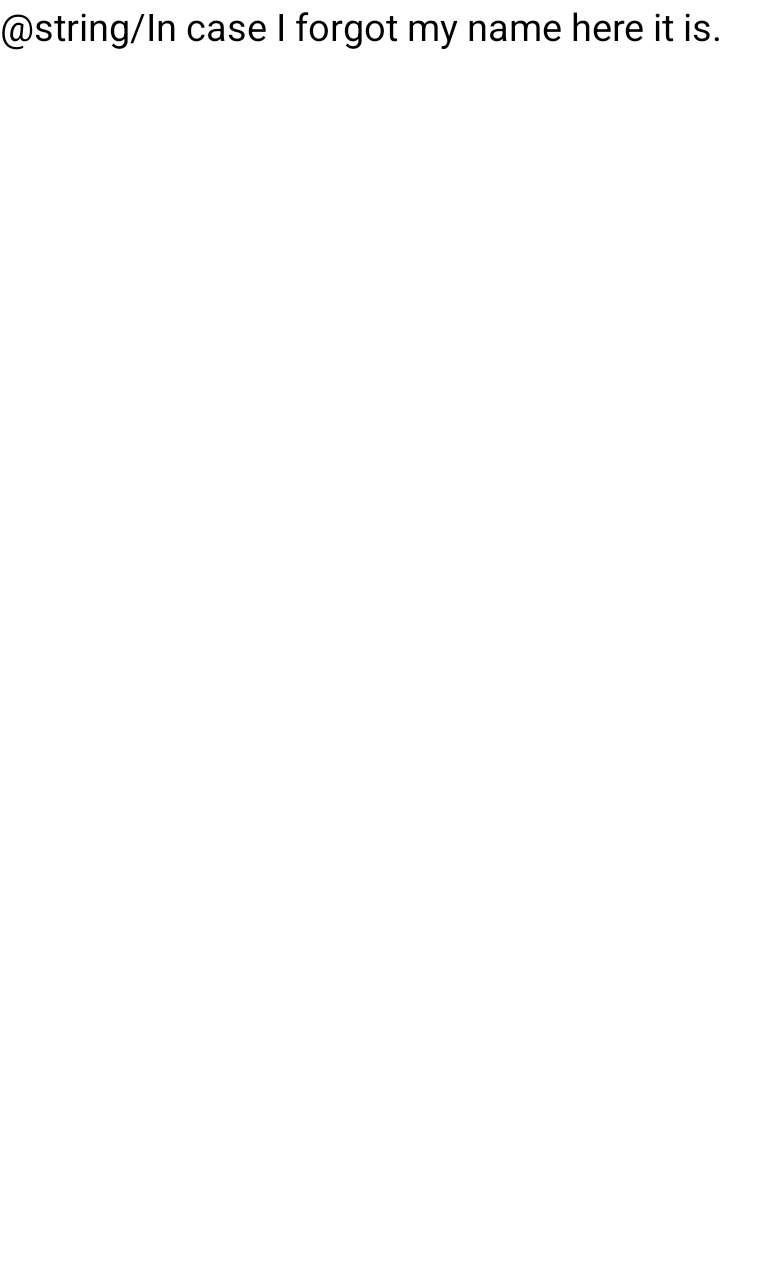
Repository: kenshiryu7/mdv-projects
Layout: Java_1/Java2_W1/res/layout/secondview.xml
The author's editor kept a copy of each file at every save. The layout is drawn from the files as they stood at one save, then again after the next save.
It is drawn on a 768 x 1280 px phone screen (xhdpi) without system bars, with theme AppTheme; the app's code is not run.

Above is the layout before, as saved 2012-11-21 04:23:19.

After the next save:
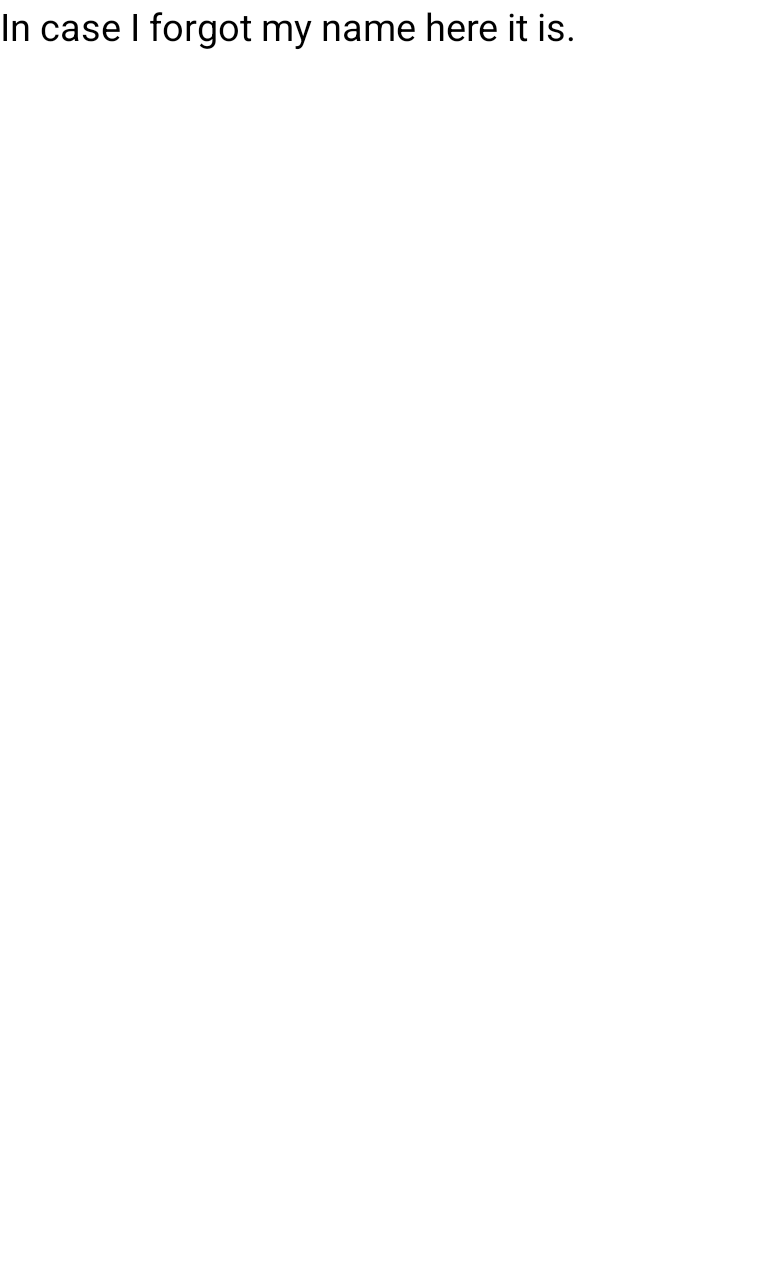
Saved 25 s later.
--- a/Java_1/Java2_W1/res/layout/secondview.xml
+++ b/Java_1/Java2_W1/res/layout/secondview.xml
@@ -8,7 +8,7 @@
         android:id="@+id/textView1"
         android:layout_width="match_parent"
         android:layout_height="wrap_content"
-        android:text="@string/In case I forgot my name here it is."
+        android:text="In case I forgot my name here it is."
         android:textSize="19dp" />
 
 </LinearLayout>
